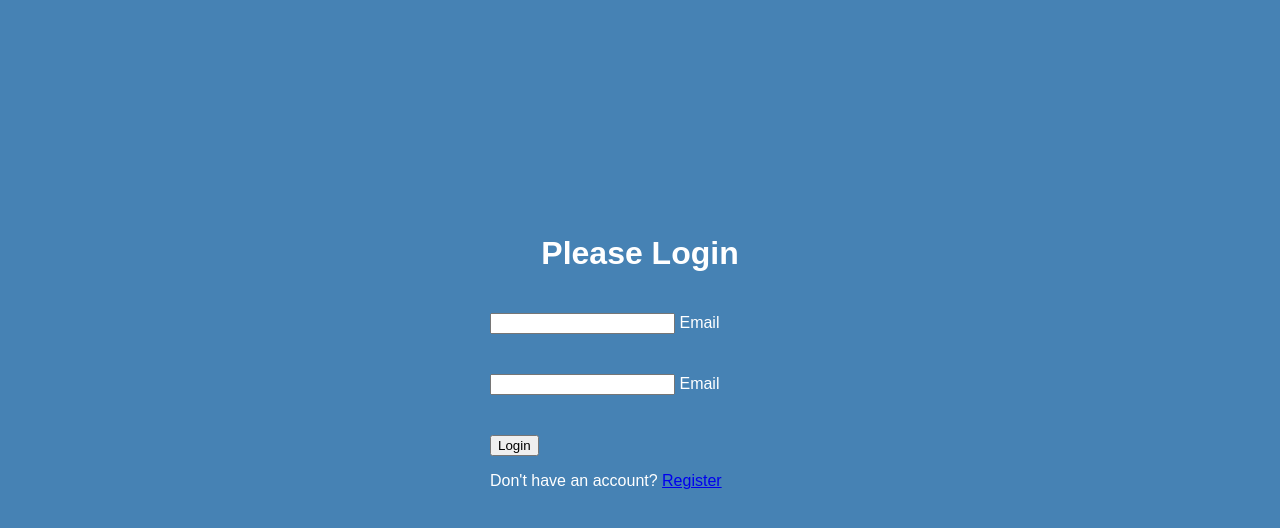
Repository: eagle-tex/50-projects-BT
Page: 08-form-wave-animation/index.html
An editor plug-in stored every save of this project. The page is shown before and after the next save, followed by the edit.
The browser window is 1280 px wide. The pictures show the whole page.
Some web fonts or font styles are not loaded; a fallback is used.

Above is the page before, as saved 2021-01-07 23:21:14.

### 08-form-wave-animation/index.html
<!DOCTYPE html>
<html lang="en">

<head>
  <meta charset="UTF-8" />
  <meta name="viewport" content="width=device-width, initial-scale=1.0" />
  <link rel="stylesheet" href="style.css" />
  <title>Form Input Wave</title>
</head>

<body>
  <h1>Please Login</h1>
  <form action="">
    <div class="form-control">
      <input type="text" required>
      <label for="">Email</label>
    </div>

    <div class="form-control">
      <input type="text" required>
      <label for="">Email</label>
    </div>

    <button class="btn">Login</button>

    <p class="text">Don't have an account?
      <a href="#">Register</a>
    </p>
  </form>

  <script src="script.js"></script>
</body>

</html>

### 08-form-wave-animation/style.css
@import url('https://fonts.googleapis.com/css?family=Muli&display=swap');

* {
  box-sizing: border-box;
}

body {
  background-color: steelblue;
  color: #fff;
  font-family: 'Muli', sans-serif;
  display: flex;
  flex-direction: column;
  align-items: center;
  justify-content: center;
  height: 100vh;
  overflow: hidden;
  margin: 0;
}

.container {
  background-color: rgba(0, 0, 0, 0.4);
  padding: 20px 40px;
  border-radius: 5px;
  -webkit-border-radius: 5px;
  -moz-border-radius: 5px;
  -ms-border-radius: 5px;
  -o-border-radius: 5px;
}

.container h1 {
  text-align: center;
  margin-bottom: 30px;
}

.container a {
  text-decoration: none;
  color: lightblue;
}

.form-control {
  position: relative;
  margin: 20px 0 40px;
  width: 300px;
}

.form-controle input;

Loaded but not shown: 08-form-wave-animation/script.js (no stored copy; drawn as an empty file)

After the next save:
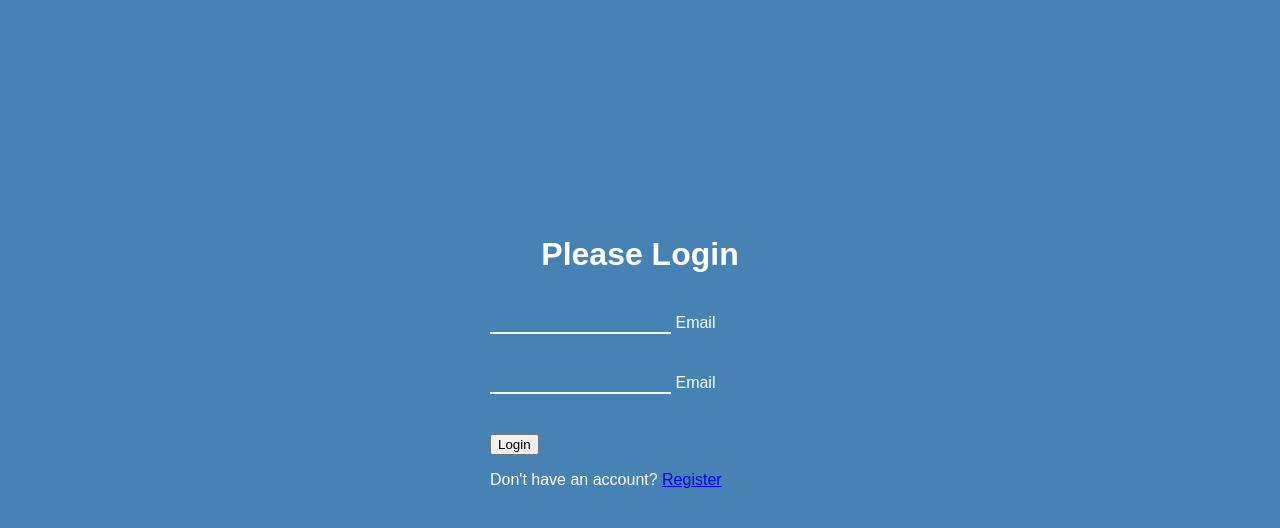
Saved 60 s later.
--- a/08-form-wave-animation/style.css
+++ b/08-form-wave-animation/style.css
@@ -43,4 +43,8 @@ body {
   width: 300px;
 }
 
-.form-controle input;
+.form-control input {
+  background-color: transparent;
+  border: 0;
+  border-bottom: 2px solid #fff;
+}
